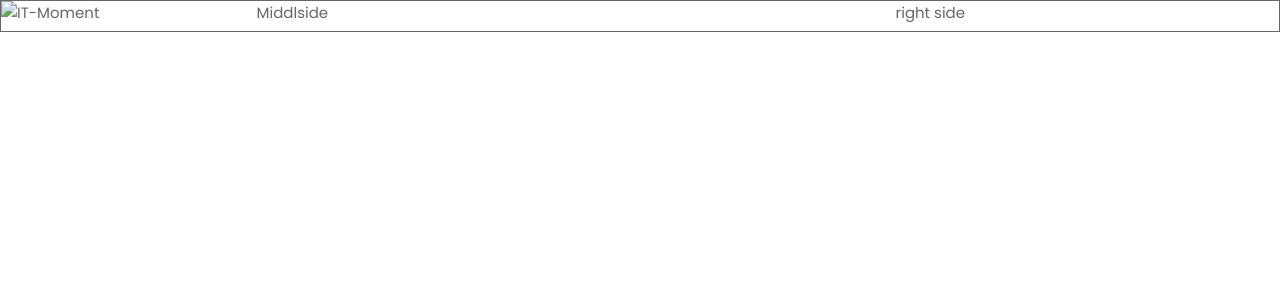
Repository: phantinhtam/IT_Moments
Page: / (app in client/)
These files come from the project's save history. The page is drawn as it stood at one moment and after a run of saves; the edit follows.
The browser window is 1280 px wide. The pictures show the whole page.
The project was rebuilt for these pictures with package versions that can differ from the ones it lists, and the page was loaded fresh each time. Also part of the build but not shown: client/src/slide.css, client/src/comporments/Header.jsx, client/src/comporments/Footer.jsx, client/src/comporments/Layout.jsx, client/src/pages/ErrorPage.jsx, client/src/comporments/PostAuthor.jsx, client/src/comporments/PostItem.jsx, client/src/data.js and 7 more.

Above is the page before, as saved 2024-08-24 10:51:04.

After the next 2 saves:
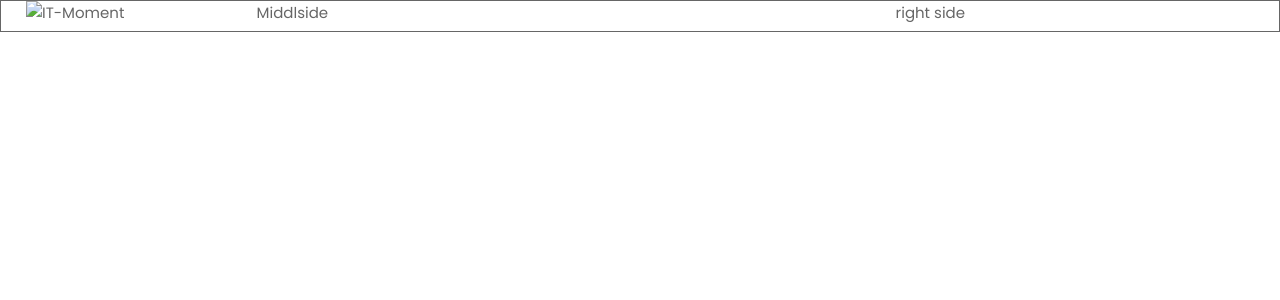
The 2 saves are shown as one change because they came seconds apart.
The last was saved 8 s later.
--- a/client/src/IG/leftSide.css
+++ b/client/src/IG/leftSide.css
@@ -1,5 +1,5 @@
 .logoPart{
     width: 100px;
     height: 30px;
-    margin;
+    margin-left: 25px;
 }
